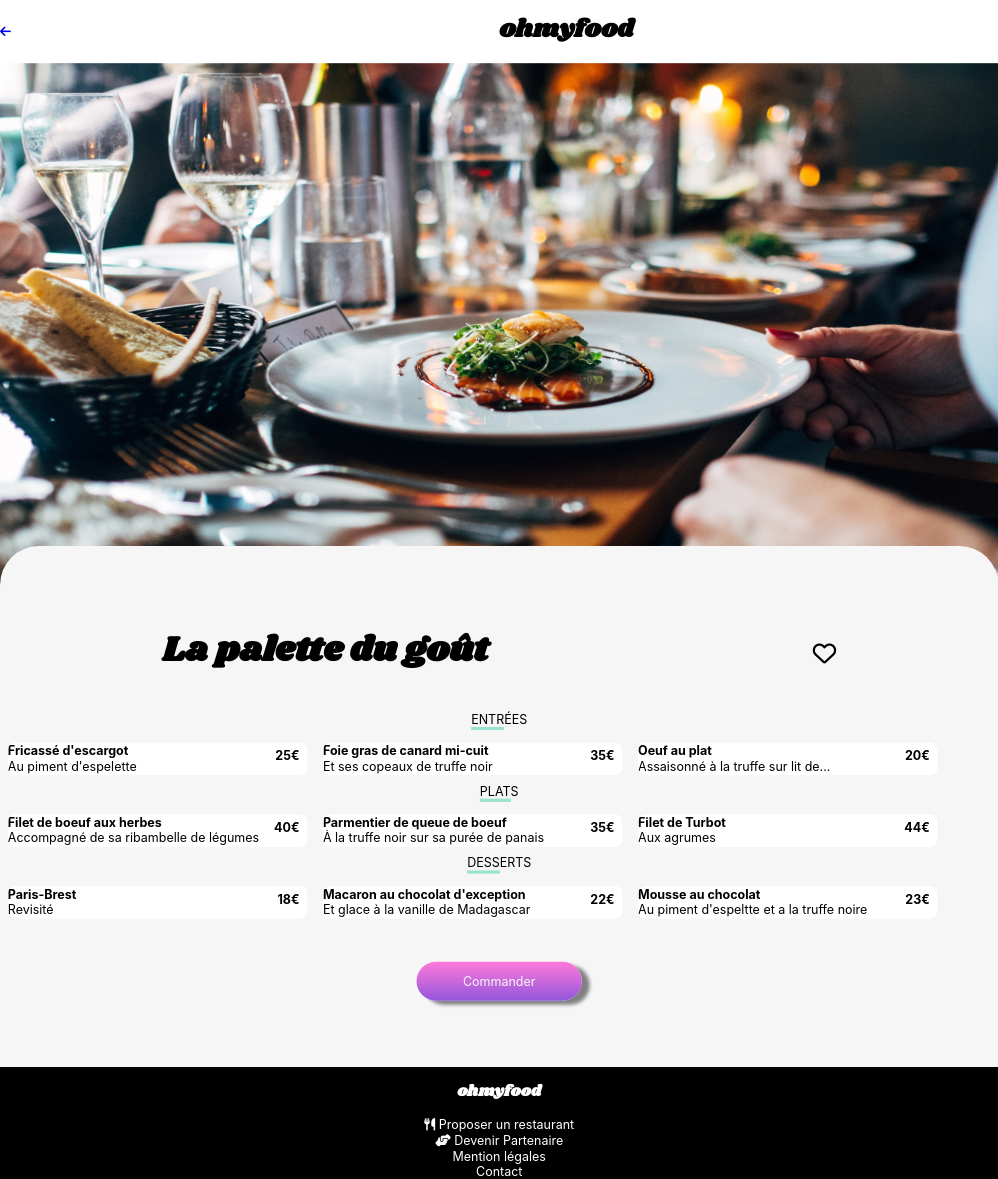
Repository: yacinebouk/ohmyfood
Page: palette.html
An editor plug-in stored every save of this project. The page is shown before and after the next save, followed by the edit.
The browser window is 1280 px wide. The pictures show the whole page, at 78% of full size.
Some web libraries are served in a nearby version. The style sheet was rebuilt from its Sass, Less or Tailwind sources for each picture, by a compiler version that may differ from the author's.

Above is the page before, as saved 2022-06-28 14:31:50.

### palette.html
<!DOCTYPE html>
<html lang="fr">

<head>
    <script src="https://kit.fontawesome.com/225bbe1e2d.js" crossorigin="anonymous"></script>
    <meta charset="utf-8" />
    <title>ohmyfood</title>
    <link rel="stylesheet" href="style/francaise.css" />
    <meta name="viewport" content="width=device-width, initial-scale=1">

</head>

<body>
    <main>
        <header>
            <div class="tittle-head">
                <div class="logo-tittle"><a href="./index.html"><i class="fa-solid fa-arrow-left"></i></a></div>
                <h1 class="tittle">ohmyfood</h1>
            </div>
            <div class="img-restaurant"><img src="./images/restaurants/jay-wennington-N_Y88TWmGwA-unsplash.jpg" width="100%" height="100%" class="logo" alt="francaise"></div>
        </header>
        <section class="food">
            <div class="french-tittle">
                <h2><b>La palette du goût</b> </h2>
                <div class="logo-heart"><i class="fa-regular fa-heart"></i></div>
            </div>
            <div class="starter">
                <div class="tittle"><span>ENTR</span>ÉES</div>
                <div class="block">
                    <div class="border">
                        <div class="text">
                            <div class="major"><b>Fricassé d'escargot</b></div>
                            <div class="flavors">Au piment d'espelette</div>
                        </div>
                        <div class="block-price">
                            <div class="price"><b>25€</b></div>
                            <div class="icon-slide"><i class="fa-solid fa-circle-check"></i></div>
                        </div>
                    </div>
                    <div class="border">
                        <div class="text">
                            <div class="major"><b>Foie gras de canard mi-cuit</b></div>
                            <div class="flavors">Et ses copeaux de truffe noir</div>
                        </div>
                        <div class="block-price">
                            <div class="price"><b>35€</b></div>
                            <div class="icon-slide"><i class="fa-solid fa-circle-check"></i></div>
                        </div>
                    </div>
                    <div class="border">
                        <div class="text">
                            <div class="major"><b>Oeuf au plat</b></div>
                            <div class="flavors">Assaisonné à la truffe sur lit de...</div>
                        </div>
                        <div class="block-price">
                            <div class="price"><b>20€</b></div>
                            <div class="icon-slide"><i class="fa-solid fa-circle-check"></i></div>
                        </div>
                    </div>
                </div>
                <div class="dishes">
                    <div class="tittle"><span>PLAT</span>S</div>
                    <div class="block">
                        <div class="border">
                            <div class="text">
                                <div class="major"><b>Filet de boeuf aux herbes</b></div>
                                <div class="flavors">Accompagné de sa ribambelle de légumes</div>
                            </div>
                            <div class="block-price">
                                <div class="price"><b>40€</b></div>
                                <div class="icon-slide"><i class="fa-solid fa-circle-check"></i></div>
                            </div>
                        </div>
                        <div class="border">
                            <div class="text">
                                <div class="major"><b>Parmentier de queue de boeuf</b></div>
                                <div class="flavors">À la truffe noir sur sa purée de panais</div>
                            </div>
                            <div class="block-price">
                                <div class="price"><b>35€</b></div>
                                <div class="icon-slide"><i class="fa-solid fa-circle-check"></i></div>
                            </div>
                        </div>
                        <div class="border">
                            <div class="text">
                                <div class="major"><b>Filet de Turbot</b></div>
                                <div class="flavors">Aux agrumes</div>
                            </div>
                            <div class="block-price">
                                <div class="price"><b>44€</b></div>
                                <div class="icon-slide"><i class="fa-solid fa-circle-check"></i></div>
                            </div>
                        </div>
                    </div>
                </div>
            </div>
            <div class="dessert">
                <div class="tittle"><span>DESS</span>ERTS</div>
                <div class="block">
                    <div class="border">
                        <div class="text">
                            <div class="major"><b>Paris-Brest</b></div>
                            <div class="flavors">Revisité</div>
                        </div>
                        <div class="block-price">
                            <div class="price"><b>18€</b></div>
                            <div class="icon-slide"><i class="fa-solid fa-circle-check"></i></div>
                        </div>
                    </div>
                    <div class="border">
                        <div class="text">
                            <div class="major"><b>Macaron au chocolat d'exception</b></div>
                            <div class="flavors">Et glace à la vanille de Madagascar</div>
                        </div>
                        <div class="block-price">
                            <div class="price"><b>22€</b></div>
                            <div class="icon-slide"><i class="fa-solid fa-circle-check"></i></div>
                        </div>
                    </div>
                    <div class="border">
                        <div class="text">
                            <div class="major"><b>Mousse au chocolat</b></div>
                            <div class="flavors">Au piment d'espeltte et a la truffe noire</div>
                        </div>
                        <div class="block-price">
                            <div class="price"><b>23€</b></div>
                            <div class="icon-slide"><i class="fa-solid fa-circle-check"></i></div>
                        </div>
                    </div>
                </div>
            </div>
            <div class="order">
                <span>Commander</span>
            </div>
        </section>
        <footer>
            <div class="frame-end">
                <h3>ohmyfood</h3>
                <div class="end">
                    <div class="propose"> <i class="fa-solid fa-utensils"></i> Proposer un restaurant</div>
                    <div class="partner"> <i class="fa-solid fa-handshake-angle"></i> Devenir Partenaire</div>
                    <div class="mention">Mention légales</div>
                    <div class="contact">
                        <a href="mailto">Contact</a></div>
                </div>
            </div>
        </footer>
    </main>
</body>

### style/francaise.scss
         @font-face {
             font-family: 'Shrikhand';
             src: url('./Shrikhand-Regular.otf');
         }

         html {
             font-family: -apple-system, BlinkMacSystemFont, 'Segoe UI', Roboto, Oxygen, Ubuntu, Cantarell, 'Open Sans', 'Helvetica Neue', sans-serif;
         }

         header {
             height: 700px;
         }

         main {
             font-size: 16px;
         }

         body {
             margin: 0;
         }

         .img-restaurant {
             height: 100%;
             position: relative;
         }

         .tittle-head {
             display: flex;
             flex-direction: row;
         }

         .logo-heart {
             text-align: center;
             padding-top: 47px;
         }

         .logo-tittle {
             padding-top: 30px;
             width: 50%;
         }

         .food {
             padding-top: 30px;
             display: flex;
             flex-direction: column;
             justify-content: center;
             background-color: #f6f6f6;
             position: relative;
             width: 100%;
             border-radius: 50px 50px 0px 0px;
             height: auto;
         }

         .french-tittle {
             font-size: 30px;
             display: flex;
             flex-direction: row;
             justify-content: center;
             padding-top: 43px;
             padding-bottom: 10px;
             justify-content: space-around;
         }

         .french-text {
             padding-right: 30px;
         }

         .tittle {
             text-align: center;
         }

         .tittle span {
             border-bottom: #99E2D0 solid 4px;
         }

         .block {
             padding-top: 10px;
             display: flex;
             flex-direction: row;
         }

         @-webkit-keyframes fadein {
             from {
                 opacity: 0;
             }
             to {
                 opacity: 1;
             }
         }

         .border {
             overflow: hidden;
             margin: 10px;
             border-radius: 10px;
             background-color: white;
             width: 30%;
             display: flex;
             justify-content: space-between;
             flex-direction: row;
             opacity: 0;
         }

         .border {
             animation: slideUp 1s forwards;
         }

         .border:nth-child(1) {
             animation-delay: .25s;
         }

         .border:nth-child(2) {
             animation-delay: 0.5s;
         }

         .border:nth-child(3) {
             animation-delay: 0.75s;
         }

         @keyframes slideUp {
             0% {
                 transform: translateY(20px);
             }
             100% {
                 transform: translateY(0px);
                 opacity: 1;
             }
         }

         .price {
             align-items: end;
             display: flex;
             padding: 15px 0px;
             padding-top: 7px;
             margin-right: 10px;
             transition-duration: 1000ms;
             & b {
                 overflow: hidden;
                 text-overflow: ellipsis;
                 transition-duration: 1000ms;
             }
         }

         footer {
             position: relative;
             clear: both;
         }

         .order {
             padding-top: 60px;
             text-align: center;
             padding-bottom: 100px;
         }

         .frame-end {
             text-align: center;
             background-color: black;
             color: white;
             display: flex;
             flex-direction: column;
         }

         h3 {
             font-family: 'Shrikhand';
             font-size: 20px;
         }

         h1 {
             font-family: 'Shrikhand';
         }

         h2 {
             font-family: 'Shrikhand';
         }

         .order span {
             box-shadow: grey 10px 5px 5px;
             background: linear-gradient(#FF79DA, #9356DC);
             border-radius: 50px 50px;
             padding: 15px 60px 15px 60px;
             color: #f6f6f6;
         }

         .border:hover .icon-slide {
             width: 40px;
         }

         .border:hover .icon-slide>i {
             transform: rotate(360deg);
         }

         .border:after .icon-slide {
             width: 10px;
         }

         .border:hover .pd-15 {
             width: calc(100% - 100px);
         }

         .flavors {
             white-space: nowrap;
             overflow: hidden;
             text-overflow: ellipsis;
             display: block;
             width: 100%;
         }

         .icon-slide {
             transition: width 0.5s ease;
             width: 0px;
             align-items: center;
             background-color: #99E2D0;
             color: white;
             display: flex;
             justify-content: center;
             align-items: center;
             i {
                 transition: 0.5s;
             }
         }

         .flavors {
             overflow: hidden;
             text-overflow: ellipsis;
         }

         .block-price {
             display: flex;
             overflow: hidden;
         }

         .contact a {
             text-decoration: none white;
             color: white;
         }

         @media screen and (min-width: 320px) and (max-width: 768px) {
             .starter {
                 display: flex;
                 justify-content: space-between;
                 flex-direction: column;
             }
             .block {
                 display: flex;
                 justify-content: space-between;
                 flex-direction: column;
             }
             .border {
                 width: auto;
             }
             .french-tittle {
                 justify-content: space-between;
                 margin-left: 15px;
             }
             .tittle {
                 text-align: initial;
                 margin-left: 15px;
             }
             h1 {
                 font-size: 24px;
             }
             .logo-heart {
                 padding-top: 13px;
                 margin-right: 20px;
             }
             .logo-tittle {
                 padding-top: 20px;
             }
             .tittle-head {
                 margin: 0;
                 padding: 0;
                 width: 50%;
             }
             .frame-end {
                 text-align: initial;
             }
             h2 {
                 margin-left: 15px;
             }
             .end {
                 margin-left: 15px;
             }
         }

After the next save:
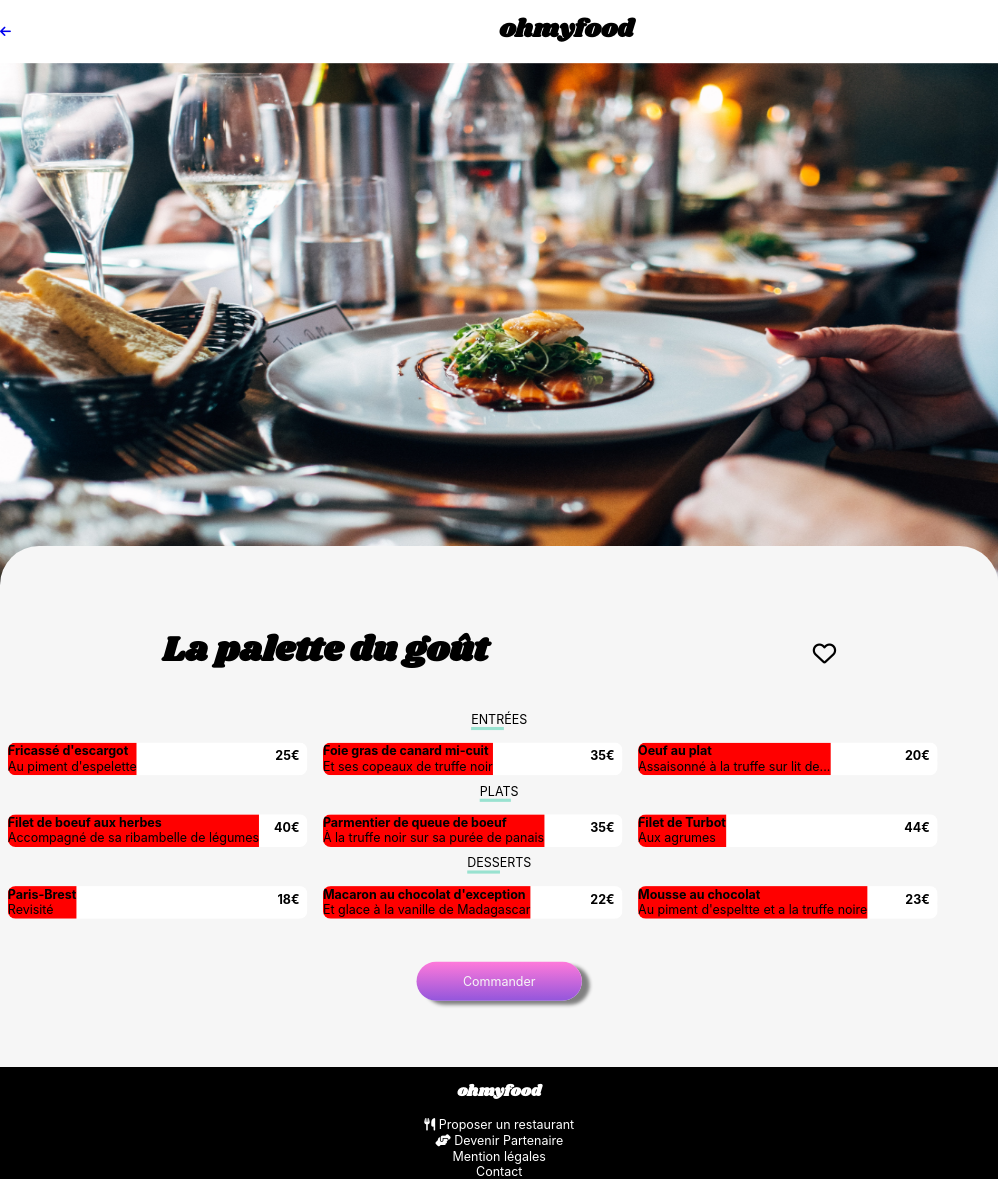
Saved 27 s later.
--- a/style/francaise.scss
+++ b/style/francaise.scss
@@ -223,6 +223,10 @@
              text-overflow: ellipsis;
          }
 
+         .text {
+             background-color: red;
+         }
+
          .block-price {
              display: flex;
              overflow: hidden;
